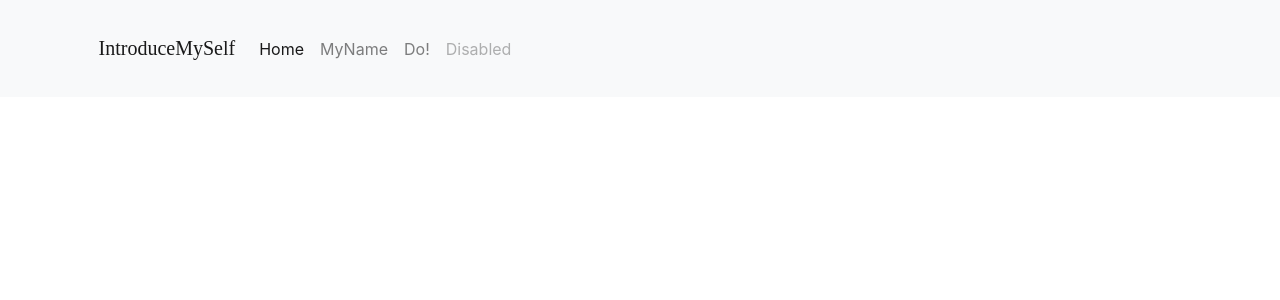
Repository: wlxo0401/IntroduveMySelf
Page: IntroduceMySelf/WebContent/Index.html
An editor plug-in stored every save of this project. The page is shown before and after the next save, followed by the edit.
The browser window is 1280 px wide. The pictures show the whole page.

Above is the page before, as saved 2020-03-11 04:58:18.

### IntroduceMySelf/WebContent/Index.html
<!DOCTYPE html>
<html>
  <head>
    <!-- Required meta tags -->
    <meta charset="utf-8">
    <meta name="viewport" content="width=device-width, initial-scale=1, shrink-to-fit=no">

    <!-- Bootstrap CSS -->
    <link rel="stylesheet" href="https://stackpath.bootstrapcdn.com/bootstrap/4.4.1/css/bootstrap.min.css" integrity="sha384-Vkoo8x4CGsO3+Hhxv8T/Q5PaXtkKtu6ug5TOeNV6gBiFeWPGFN9MuhOf23Q9Ifjh" crossorigin="anonymous">

    <title>Hello, world!</title>
    <link rel = "stylesheet" href = "style.css">
  </head>
<body>

<div id = "wrap">
	<!-- header -->
	<div id = "header">
		<nav class="navbar navbar-expand-lg navbar-light bg-light nav-distance">
			<a class="navbar-brand" href="#">IntroduceMySelf</a>
		  	<button class="navbar-toggler" type="button" data-toggle="collapse" data-target="#navbarNav" aria-controls="navbarNav" aria-expanded="false" aria-label="Toggle navigation">
		    	<span class="navbar-toggler-icon"></span>
		  	</button>
		  	<div class="collapse navbar-collapse" id="navbarNav">
		    	<ul class="navbar-nav">
		      		<li class="nav-item active">
		        		<a class="nav-link" href="#">Home <span class="sr-only">(current)</span></a>
		      		</li>
		      		<li class="nav-item">
		        		<a class="nav-link" href="#">MyName</a>
		      		</li>
		      		<li class="nav-item">
		        		<a class="nav-link" href="#">Do!</a>
		      		</li>
		      		<li class="nav-item">
		        		<a class="nav-link disabled" href="#" tabindex="-1" aria-disabled="true">Disabled</a>
		      		</li>
		    	</ul>
			</div>
		</nav>
	</div>
	<!-- //header -->
	<!-- container -->
	<div id = "container">
	</div>
	<!-- //container -->
	<!-- footer -->
	<div id = "footer">
	</div>
	<!-- //footer -->
</div>
<!-- Optional JavaScript -->
<!-- jQuery first, then Popper.js, then Bootstrap JS -->
<script src="https://code.jquery.com/jquery-3.4.1.slim.min.js" integrity="sha384-J6qa4849blE2+poT4WnyKhv5vZF5SrPo0iEjwBvKU7imGFAV0wwj1yYfoRSJoZ+n" crossorigin="anonymous"></script>
<script src="https://cdn.jsdelivr.net/npm/popper.js@1.16.0/dist/umd/popper.min.js" integrity="sha384-Q6E9RHvbIyZFJoft+2mJbHaEWldlvI9IOYy5n3zV9zzTtmI3UksdQRVvoxMfooAo" crossorigin="anonymous"></script>
<script src="https://stackpath.bootstrapcdn.com/bootstrap/4.4.1/js/bootstrap.min.js" integrity="sha384-wfSDF2E50Y2D1uUdj0O3uMBJnjuUD4Ih7YwaYd1iqfktj0Uod8GCExl3Og8ifwB6" crossorigin="anonymous"></script>
</body>
</html>

### IntroduceMySelf/WebContent/style.css
body{
	background-color: #ffffff
}


.nav-distance{
	padding: 2.1% 7.7%
}

.navbar-brand{
	font-family: NanumSquareR;
	line-height: 1.68;
	text-align: left;
	color: #35465d;
}

After the next save:
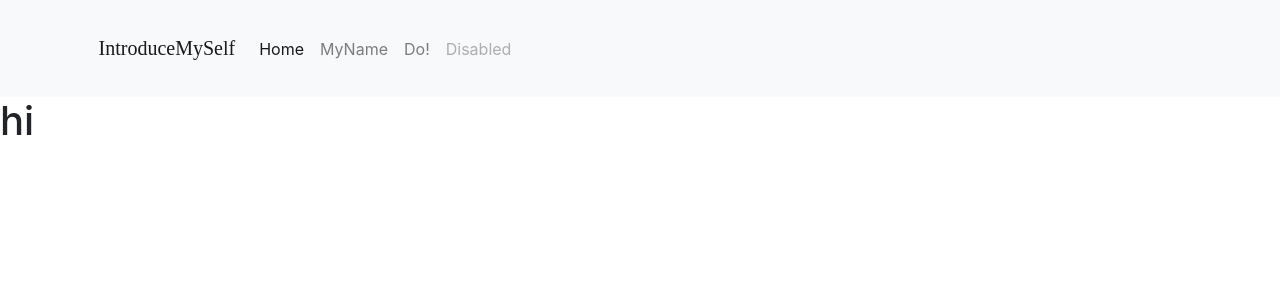
Saved 2 min 58 s later.
--- a/IntroduceMySelf/WebContent/Index.html
+++ b/IntroduceMySelf/WebContent/Index.html
@@ -42,6 +42,7 @@
 	<!-- //header -->
 	<!-- container -->
 	<div id = "container">
+	<h1>hi</h1>
 	</div>
 	<!-- //container -->
 	<!-- footer -->
